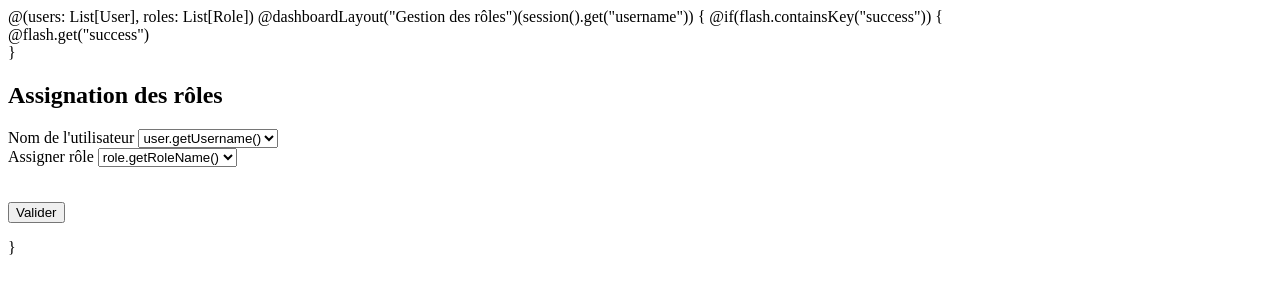
Repository: spirale-software/labo_master
Page: Application/oneDotCom/app/views/manageRole.scala.html
The author's editor kept a copy of each file at every save. The page is drawn from the files as they stood at one save, then again after the next save.
The browser window is 1280 px wide. The pictures show the whole page.

Above is the page before, as saved 2017-04-14 21:11:22.

### Application/oneDotCom/app/views/manageRole.scala.html
@(users: List[User], roles: List[Role])

@dashboardLayout("Gestion des rôles")(session().get("username")) {
	<meta content="text/html; charset=UTF-8" http-equiv="Content-Type">

	@if(flash.containsKey("success")) {
		<div class="alert alert-success" role="alert"> @flash.get("success") </div>
	}
	<h2 class="page-header">Assignation des rôles</h2>
	<form class="" name="manageRole">
		<div class="row">
	     <div class="col-lg-3">
	         <div class="form-group">
	             <label>Nom de l'utilisateur</label>
	             <select class="form-control">
	             	@for(user <- users) {
	             		<option name="userId">user.getUsername()</option>
	             	}
	             </select>
	         </div>
	     </div>
	     <div class="col-lg-3">
	         <div class="form-group">
	             <label>Assigner rôle</label>
	             <select class="form-control">
	             	@for(role <- roles) {
	             		<option name="roleId">role.getRoleName()</option>
	             	}
	             </select>
	         </div>
	     </div>
	     <div class="col-lg-3" style="margin-top: 35px">
	         <button class="btn btn-primary">Valider</button>
	     </div>

	    </div>
    </form>
}

After the next save:
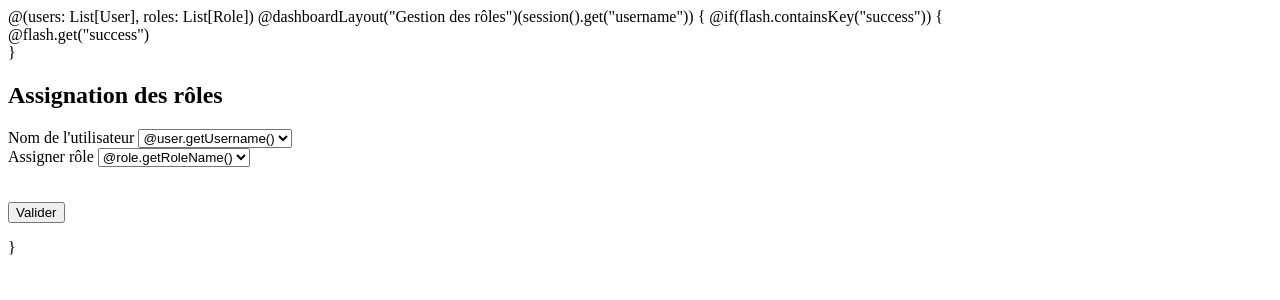
Saved 31 s later.
--- a/Application/oneDotCom/app/views/manageRole.scala.html
+++ b/Application/oneDotCom/app/views/manageRole.scala.html
@@ -14,7 +14,7 @@
 	             <label>Nom de l'utilisateur</label>
 	             <select class="form-control">
 	             	@for(user <- users) {
-	             		<option name="userId">user.getUsername()</option>
+	             		<option name="userId">@user.getUsername()</option>
 	             	}
 	             </select>
 	         </div>
@@ -24,7 +24,7 @@
 	             <label>Assigner rôle</label>
 	             <select class="form-control">
 	             	@for(role <- roles) {
-	             		<option name="roleId">role.getRoleName()</option>
+	             		<option name="roleId">@role.getRoleName()</option>
 	             	}
 	             </select>
 	         </div>
